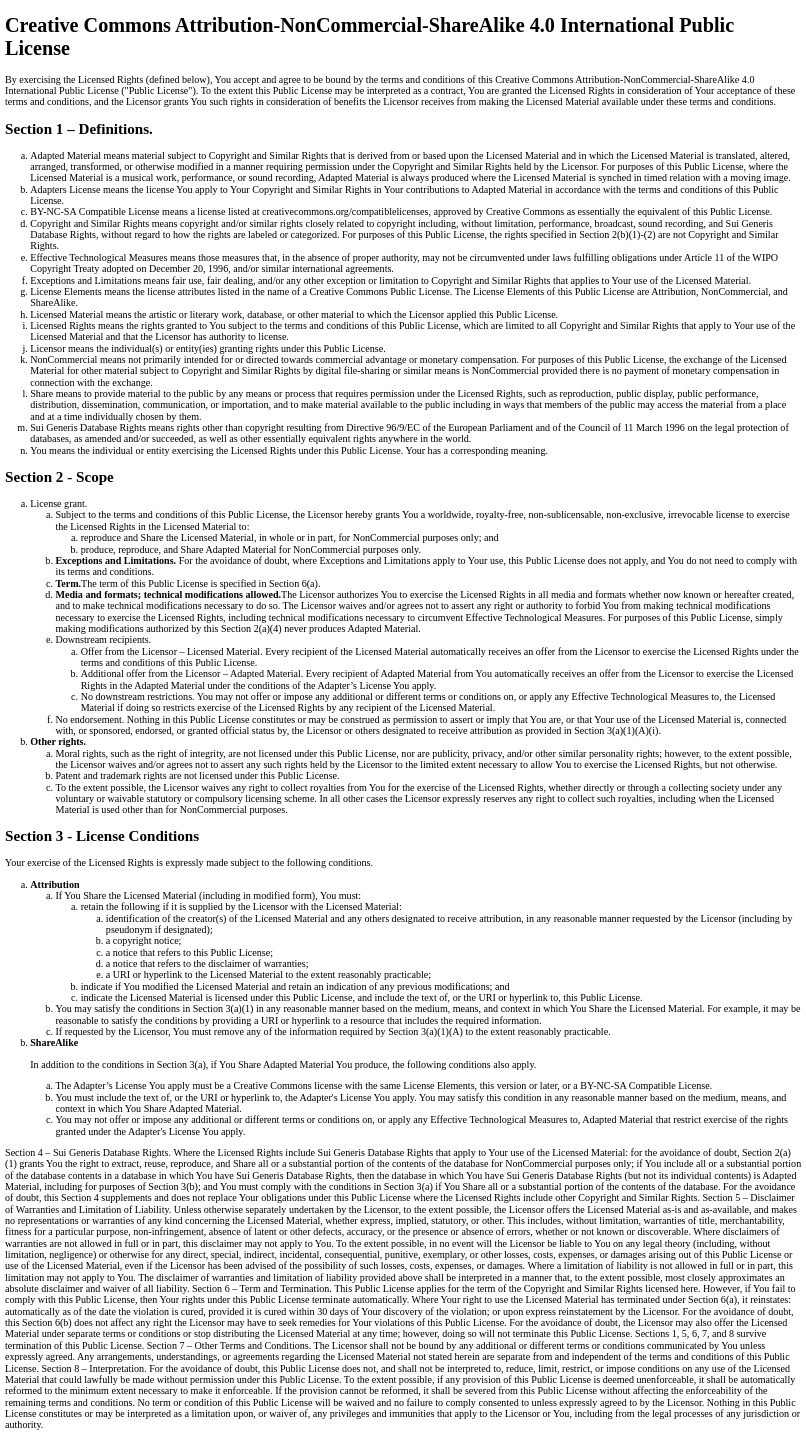
Repository: Team-Ikigami/Ascendance
Page: LICENSE-CC BY-NC-SA.html
The author's editor kept a copy of each file at every save. The page is drawn from the files as they stood at one save, then again after the next save.
The browser window is 1280 px wide. The pictures show the whole page, at 63% of full size.

Above is the page before, as saved 2021-12-12 01:55:48.

After the next save:
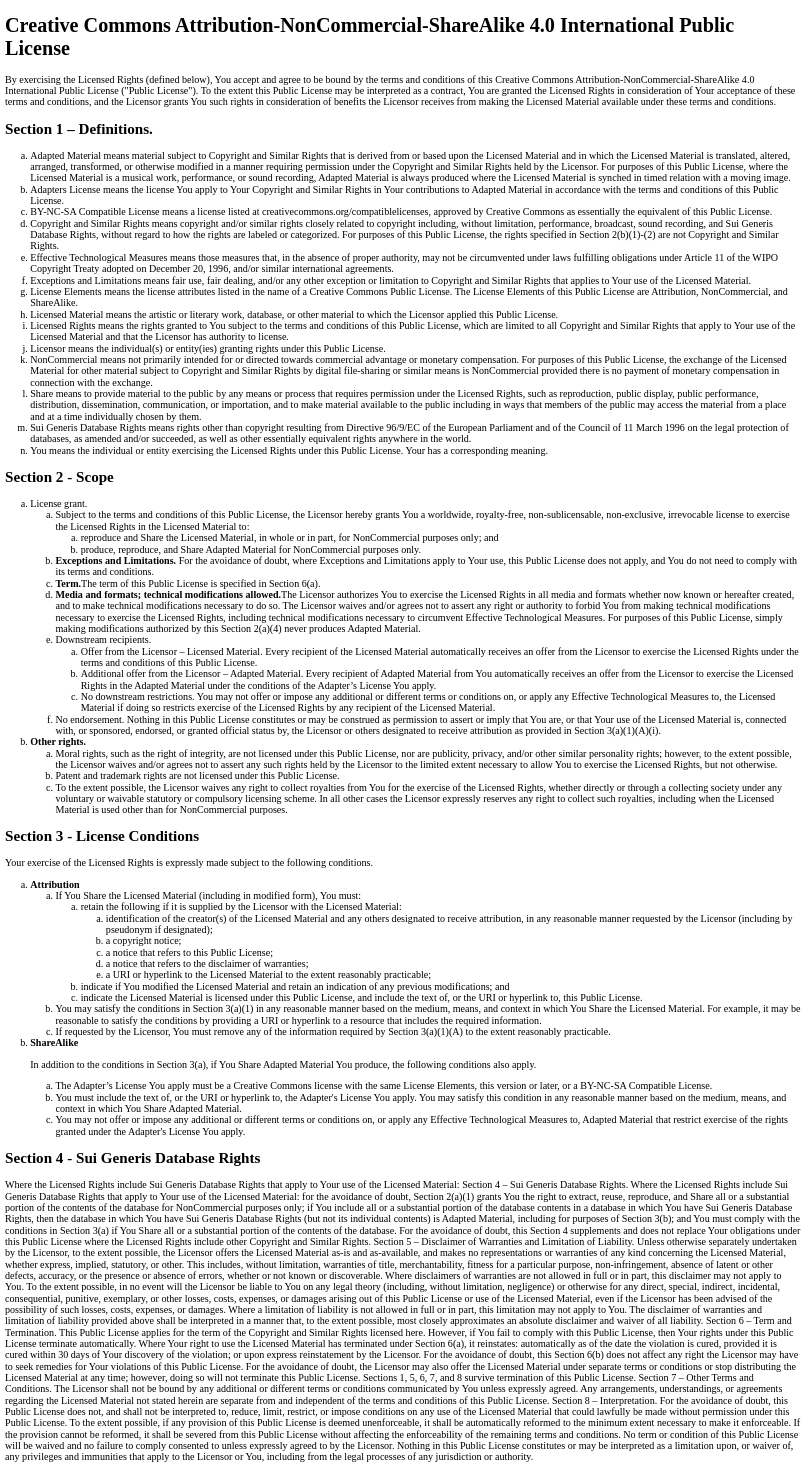
Saved 56 s later.
--- a/LICENSE-CC BY-NC-SA.html
+++ b/LICENSE-CC BY-NC-SA.html
@@ -96,6 +96,8 @@
 			</ol>
 		</li>
 	</ol>
+	<h2>Section 4 - Sui Generis Database Rights</h2>
+	Where the Licensed Rights include Sui Generis Database Rights that apply to Your use of the Licensed Material:
 </body>
 </html>
 
